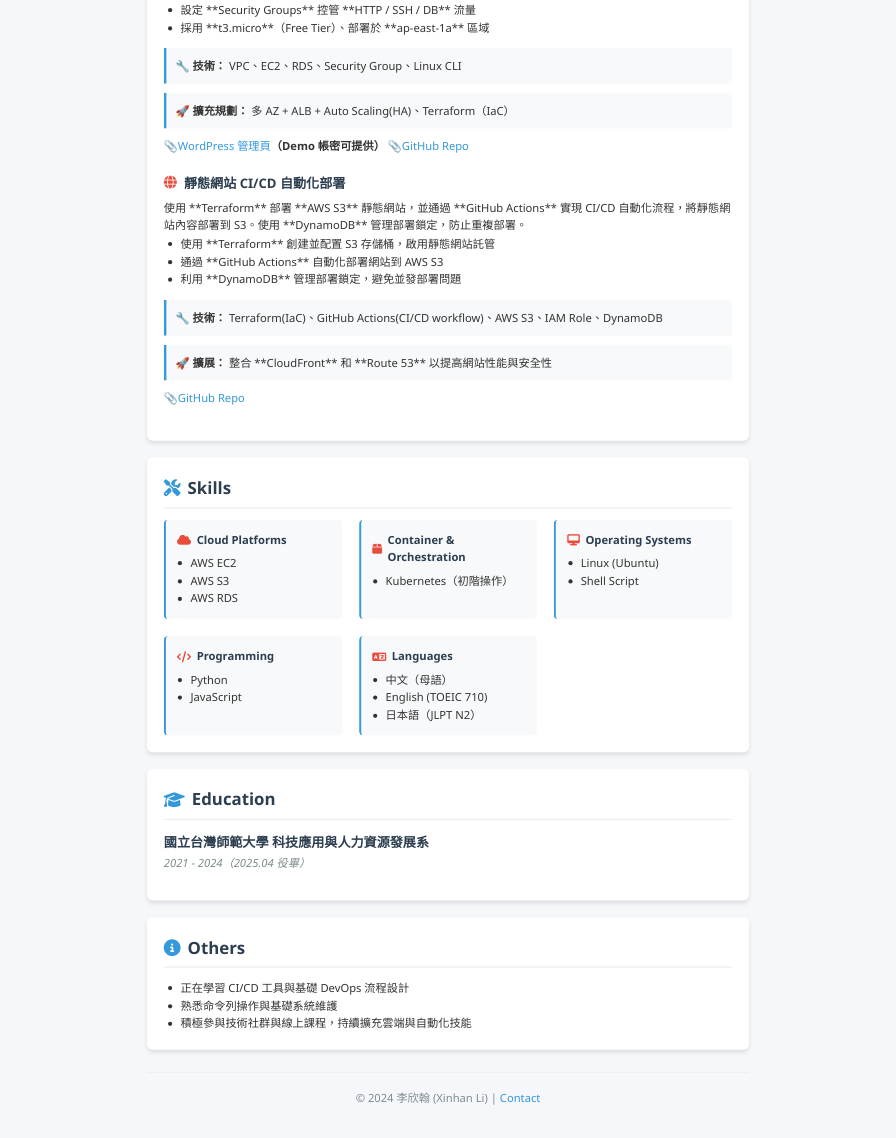
Repository: Graylee0128/aws-tf-ga-personal-website
Page: index.html
An editor plug-in stored every save of this project. The page is shown before and after the next save, followed by the edit.
The browser window is 1280 px wide. The pictures show the part of the page from y = 772 to 2692 px (the page is 2397 px tall before and 2692 px after), at 70% of full size.

Above is the page before, as saved 2025-04-22 12:28:57.

After the next save:
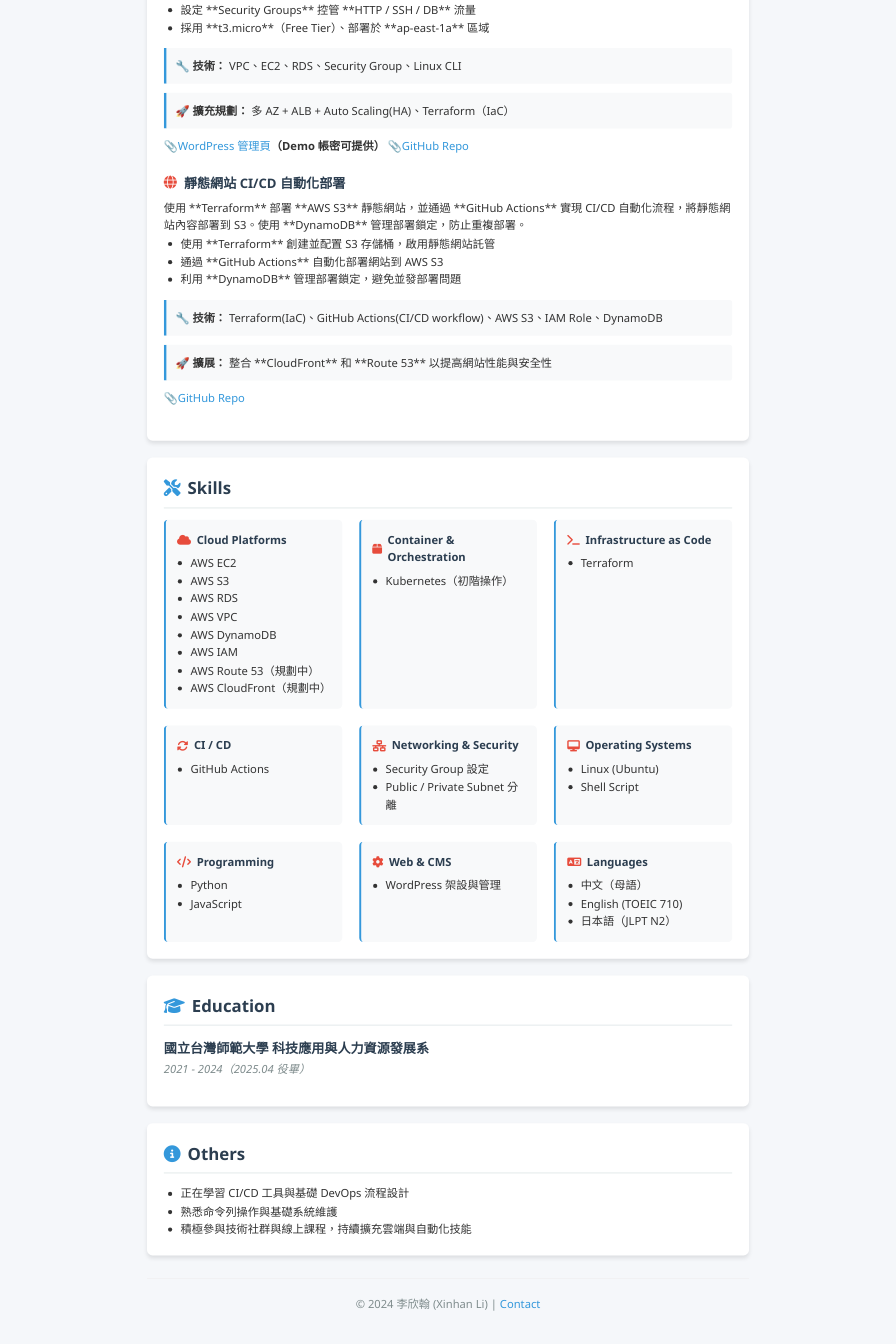
Saved 2 min 7 s later.
--- a/index.html
+++ b/index.html
@@ -83,12 +83,36 @@
                             <li>AWS EC2</li>
                             <li>AWS S3</li>
                             <li>AWS RDS</li>
+                            <li>AWS VPC</li>
+                            <li>AWS DynamoDB</li>
+                            <li>AWS IAM</li>
+                            <li>AWS Route 53（規劃中）</li>
+                            <li>AWS CloudFront（規劃中）</li>
                         </ul>
                     </div>
                     <div class="skill-category">
                         <h4><i class="fas fa-box"></i> Container & Orchestration</h4>
                         <ul>
                             <li>Kubernetes（初階操作）</li>
+                        </ul>
+                    </div>
+                    <div class="skill-category">
+                        <h4><i class="fas fa-terminal"></i> Infrastructure as Code</h4>
+                        <ul>
+                            <li>Terraform</li>
+                        </ul>
+                    </div>
+                    <div class="skill-category">
+                        <h4><i class="fas fa-sync-alt"></i> CI / CD</h4>
+                        <ul>
+                            <li>GitHub Actions</li>
+                        </ul>
+                    </div>
+                    <div class="skill-category">
+                        <h4><i class="fas fa-network-wired"></i> Networking & Security</h4>
+                        <ul>
+                            <li>Security Group 設定</li>
+                            <li>Public / Private Subnet 分離</li>
                         </ul>
                     </div>
                     <div class="skill-category">
@@ -103,6 +127,12 @@
                         <ul>
                             <li>Python</li>
                             <li>JavaScript</li>
+                        </ul>
+                    </div>
+                    <div class="skill-category">
+                        <h4><i class="fas fa-cog"></i> Web & CMS</h4>
+                        <ul>
+                            <li>WordPress 架設與管理</li>
                         </ul>
                     </div>
                     <div class="skill-category">
